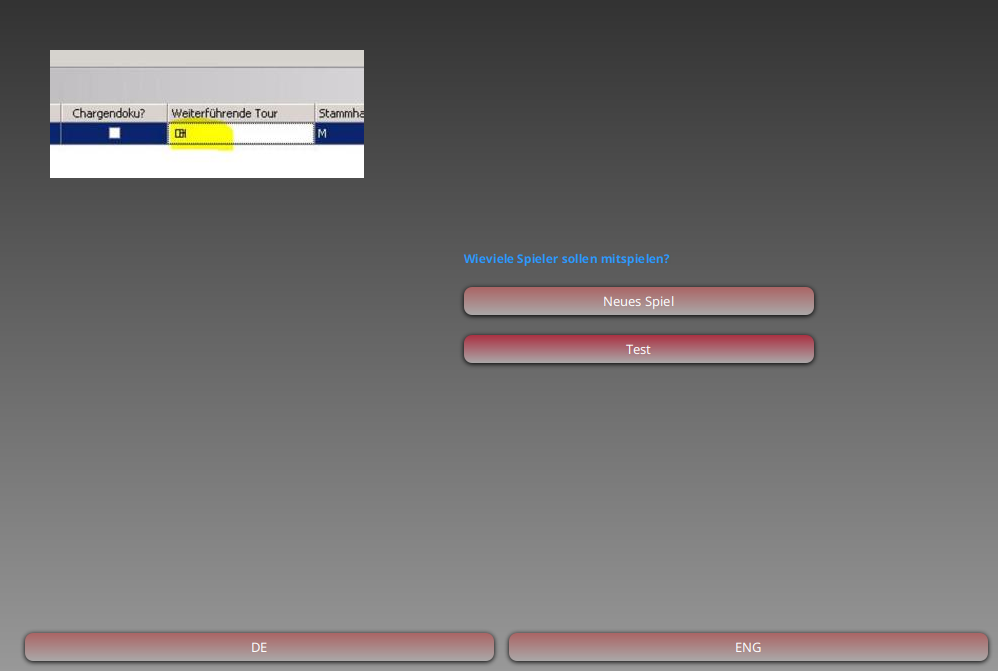
Repository: berger-designz/MenschAergereDichNicht
Program's window: java MenschAergereDichNicht/src/Game_GUI/GUI_Primary.java
The author's editor kept a copy of each file at every save. The program's window is drawn from the files as they stood at one save, then again after the next save.
It runs on Java 21 on a 1366 x 768 screen with JavaFX 11; the title bar is not drawn. It also reads MenschAergereDichNicht/src/style/test_pic_1.jpg.

Above is the program's window before, as saved 2016-05-25 14:03:03.

After the next save:
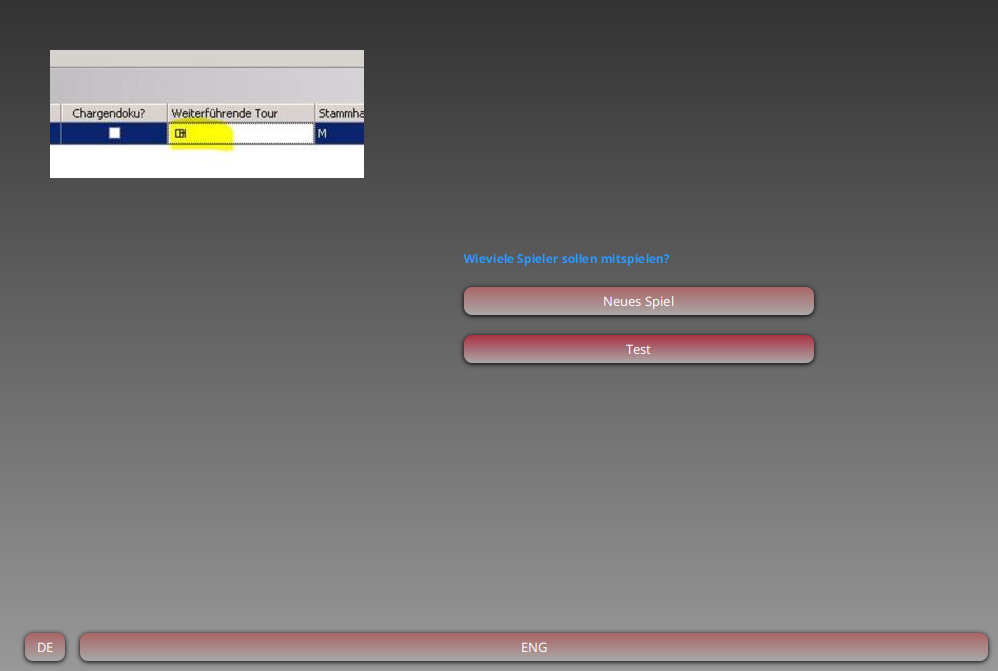
Saved 36 s later.
--- a/MenschAergereDichNicht/src/Game_GUI/GUI_Primary.java
+++ b/MenschAergereDichNicht/src/Game_GUI/GUI_Primary.java
@@ -89,7 +89,7 @@
 		HBox hbox_bottom = new HBox();
 		HBox.setHgrow(lang_de_Button, Priority.ALWAYS);
 	    HBox.setHgrow(lang_en_Button, Priority.ALWAYS);
-	    lang_de_Button.setMaxWidth(Double.MAX_VALUE);
+	    lang_de_Button.setMaxWidth(40);
 	    lang_en_Button.setMaxWidth(Double.MAX_VALUE);
 		hbox_bottom.getChildren().addAll(bottom_label, lang_de_Button, lang_en_Button);
 		hbox_bottom.setSpacing(5);
